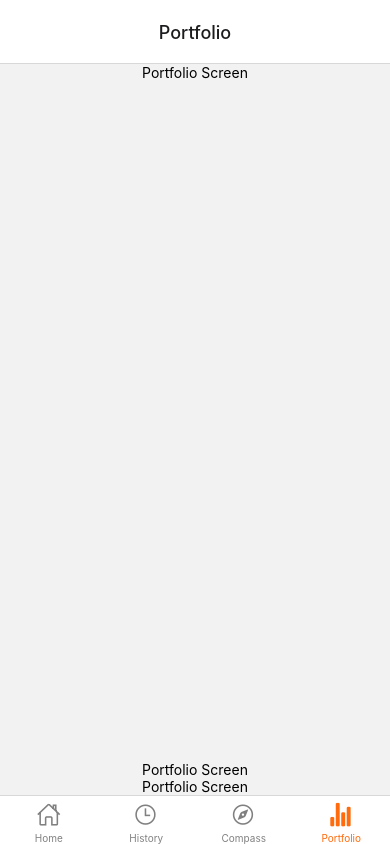
Repository: duongnoob23/WIND_SPEED_IOT
Screen: /Portfolio
These files come from the project's save history. The screen is drawn as it stood at one moment and after the next save; the edit follows.
The app was drawn by React Native's web renderer in a window 390 px wide. The project was rebuilt for these pictures with package versions that can differ from the ones it lists, and the page was loaded fresh each time. Also part of the build but not shown: src/page/screens/HomeScreen.js, src/page/screens/ExpensesScreen.js.

Above is the screen before, as saved 2025-03-11 14:30:27.

After the next save:
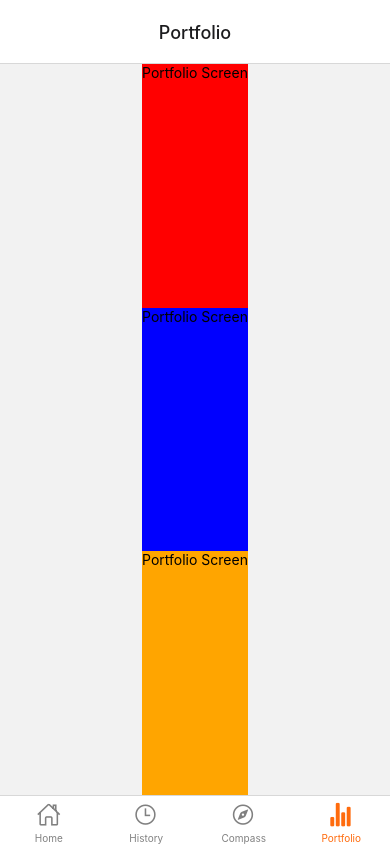
Saved 39 s later.
--- a/src/page/screens/PortfolioScreen.js
+++ b/src/page/screens/PortfolioScreen.js
@@ -19,5 +19,15 @@ const styles = StyleSheet.create({
   },
   box1: {
     flex: 1,
+    backgroundColor: "red",
+  },
+
+  box2: {
+    flex: 1,
+    backgroundColor: "blue",
+  },
+  box3: {
+    flex: 1,
+    backgroundColor: "orange",
   },
 });
